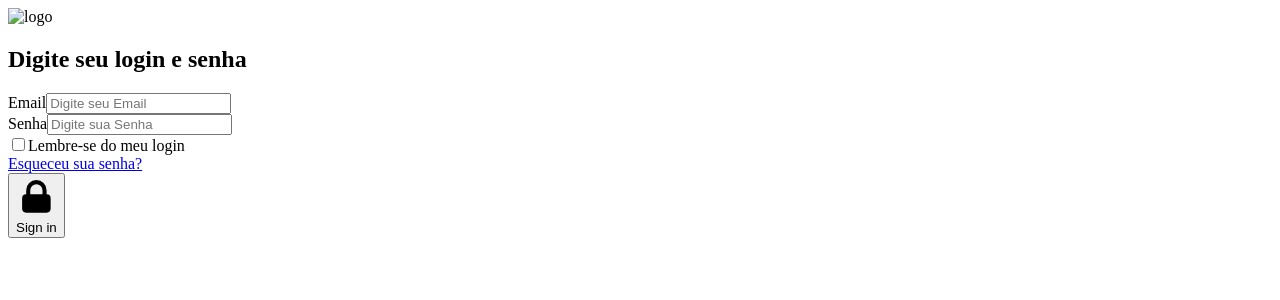
Repository: fhl10/youtube-next-auth-jwt
Page: /
An editor plug-in stored every save of this project. The page is shown before and after the next save, followed by the edit.
The browser window is 1280 px wide. The pictures show the whole page.
The project was rebuilt for these pictures with package versions that can differ from the ones it lists, and the page was loaded fresh each time. The framework's server and built-in components were replaced by stand-ins that run in the browser. Also part of the build but not shown: src/services/auth.ts, src/contexts/AuthContext.tsx. Imported but missing from the stored project, and not drawn on this page: src/services/api.

Above is the page before, as saved 2022-07-04 13:15:49.

### src/pages/index.tsx
import Head from 'next/head'
import { LockClosedIcon } from '@heroicons/react/solid'
import { useForm } from 'react-hook-form'
import { useContext } from 'react';
import { AuthContext } from '../contexts/AuthContext';

export default function Home() {
  const { register, handleSubmit } = useForm();
  const { signIn } = useContext(AuthContext)

  async function handleSignIn(data) {
    await signIn(data)
  }

  return (
    <div className="min-h-screen flex items-center justify-center bg-gray-50 py-12 px-4 sm:px-6 lg:px-8">
      <Head>
        <title>Home</title>
      </Head>

      <div className="max-w-sm w-full space-y-8">
        <div>
          <img
            className="mx-auto h-12 w-auto"
            src=""
            alt="logo"
          />
          <h2 className="mt-6 text-center text-3xl font-extrabold text-gray-900">Digite seu login e senha</h2>
        </div>
        <form className="mt-8 space-y-6" onSubmit={handleSubmit(handleSignIn)}>
          <input type="hidden" name="remember" defaultValue="true" />
          <div className="rounded-md shadow-sm -space-y-px">
            <div>
              <label htmlFor="email-address" className="sr-only">
                Email
              </label>
              <input
                {...register('email')}
                id="email-address"
                name="email"
                type="email"
                autoComplete="email"
                required
                className="appearance-none rounded-none relative block w-full px-3 py-2 border border-gray-300 placeholder-gray-500 text-gray-900 rounded-t-md focus:outline-none focus:ring-indigo-500 focus:border-indigo-500 focus:z-10 sm:text-sm"
                placeholder="Digite seu Email"
              />
            </div>
            <div>
              <label htmlFor="password" className="sr-only">
                Senha
              </label>
              <input
                {...register('password')}
                id="password"
                name="password"
                type="password"
                autoComplete="current-password"
                required
                className="appearance-none rounded-none relative block w-full px-3 py-2 border border-gray-300 placeholder-gray-500 text-gray-900 rounded-b-md focus:outline-none focus:ring-indigo-500 focus:border-indigo-500 focus:z-10 sm:text-sm"
                placeholder="Digite sua Senha"
              />
            </div>
          </div>

          <div className="flex items-center justify-between">
            <div className="flex items-center">
              <input
                id="remember_me"
                name="remember_me"
                type="checkbox"
                className="h-4 w-4 text-indigo-600 focus:ring-indigo-500 border-gray-300 rounded"
              />
              <label htmlFor="remember_me" className="ml-2 block text-sm text-gray-900">
                Lembre-se do meu login
              </label>
            </div>

            <div className="text-sm">
              <a href="#" className="font-medium text-indigo-600 hover:text-indigo-500">
                Esqueceu sua senha?
              </a>
            </div>
          </div>

          <div>
            <button
              type="submit"
              className="group relative w-full flex justify-center py-2 px-4 border border-transparent text-sm font-medium rounded-md text-white bg-indigo-600 hover:bg-indigo-700 focus:outline-none focus:ring-2 focus:ring-offset-2 focus:ring-indigo-500"
            >
              <span className="absolute left-0 inset-y-0 flex items-center pl-3">
                <LockClosedIcon className="h-5 w-5 text-indigo-500 group-hover:text-indigo-400" aria-hidden="true" />
              </span>
              Sign in
            </button>
          </div>
        </form>
      </div>
    </div>
  )
}

After the next save:
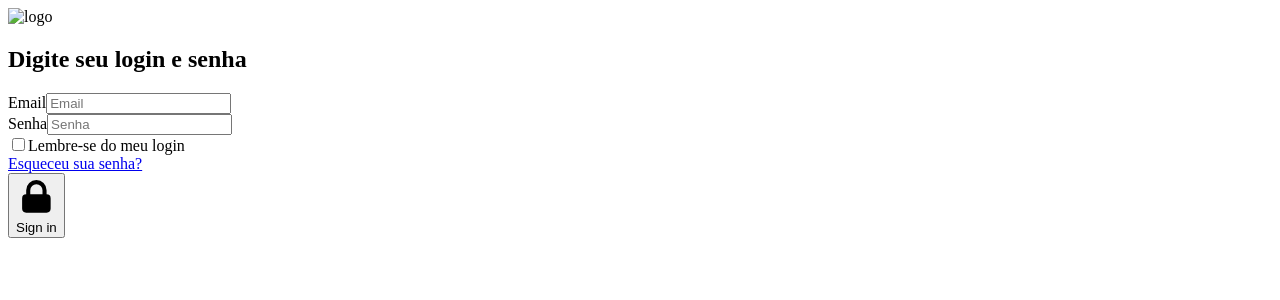
Saved 14 s later.
--- a/src/pages/index.tsx
+++ b/src/pages/index.tsx
@@ -42,7 +42,7 @@
                 autoComplete="email"
                 required
                 className="appearance-none rounded-none relative block w-full px-3 py-2 border border-gray-300 placeholder-gray-500 text-gray-900 rounded-t-md focus:outline-none focus:ring-indigo-500 focus:border-indigo-500 focus:z-10 sm:text-sm"
-                placeholder="Digite seu Email"
+                placeholder="Email"
               />
             </div>
             <div>
@@ -57,7 +57,7 @@
                 autoComplete="current-password"
                 required
                 className="appearance-none rounded-none relative block w-full px-3 py-2 border border-gray-300 placeholder-gray-500 text-gray-900 rounded-b-md focus:outline-none focus:ring-indigo-500 focus:border-indigo-500 focus:z-10 sm:text-sm"
-                placeholder="Digite sua Senha"
+                placeholder="Senha"
               />
             </div>
           </div>
